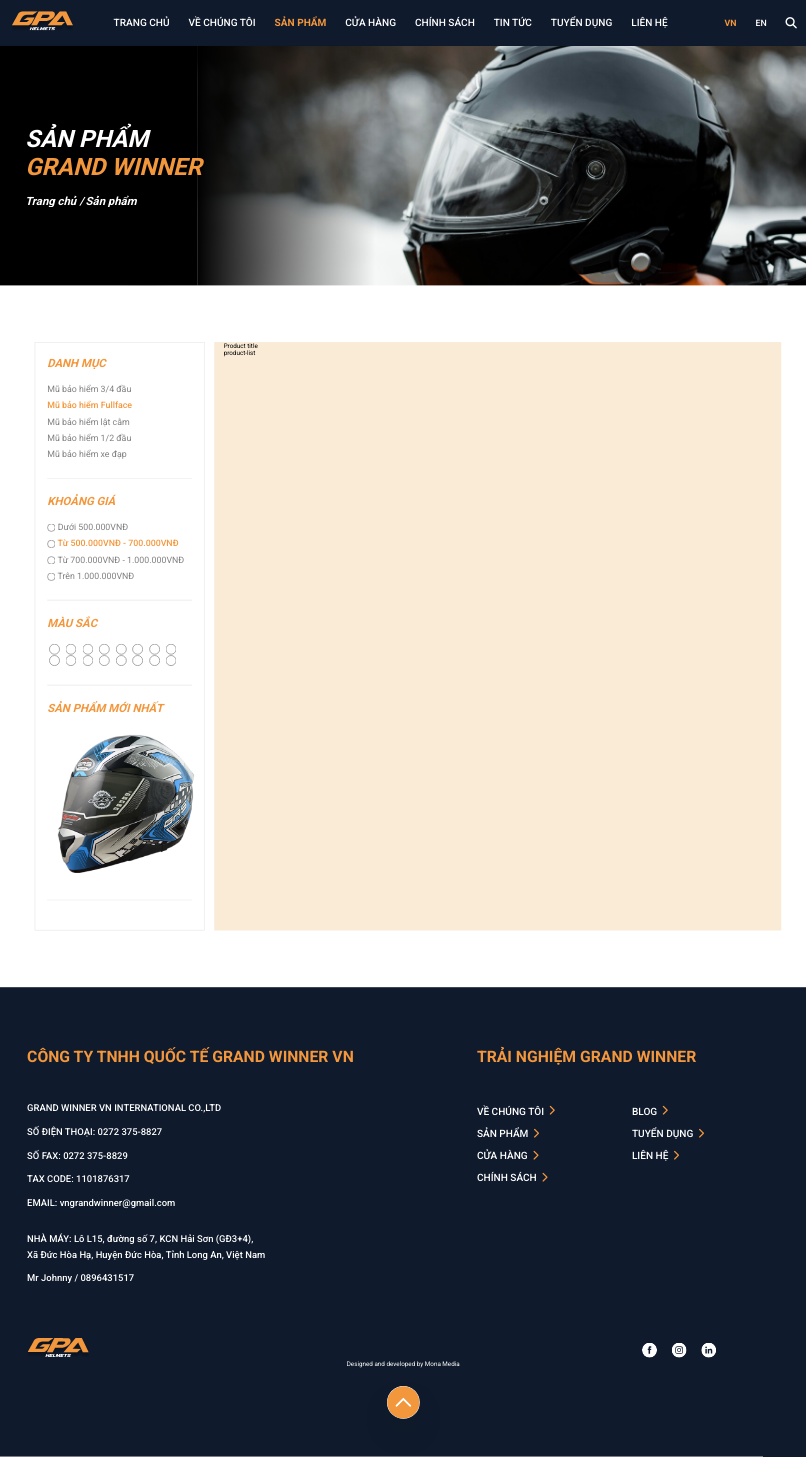
Repository: ThangNguyenT5/GrandWinner
Page: products.html
An editor plug-in stored every save of this project. The page is shown before and after the next save, followed by the edit.
The browser window is 1280 px wide. The pictures show the whole page, at 63% of full size.
Pictures or frames that could not be fetched are drawn as grey boxes. Some web libraries are served in a nearby version.

Above is the page before, as saved 2023-03-28 12:03:33.

After the next save:
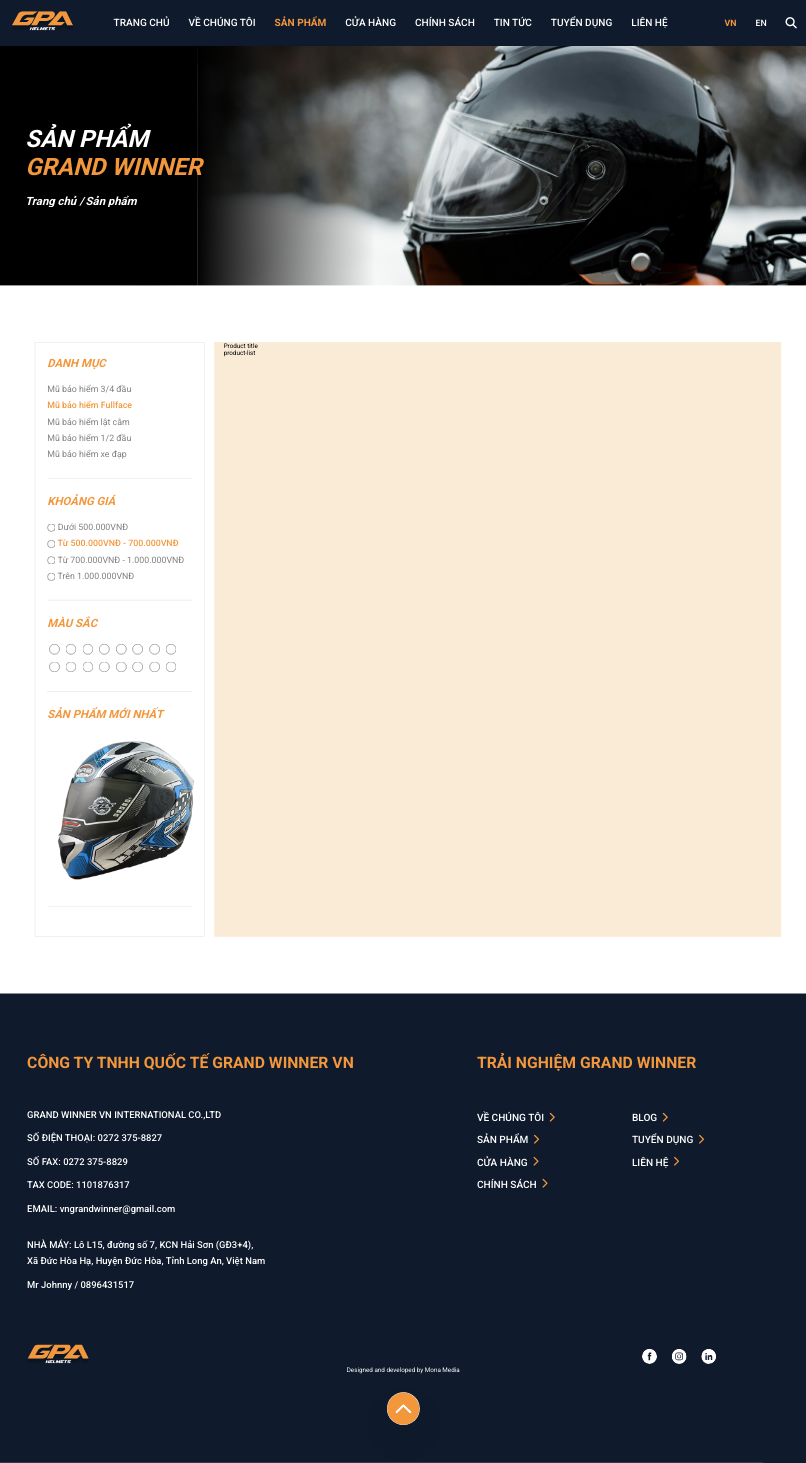
Saved 4 min 18 s later.
--- a/products.html
+++ b/products.html
@@ -191,7 +191,7 @@
                             <div class="aside-item">
                                 <h3 class="aside-item-tt">MÀU SẮC</h3>
                                 <ul class="aside-cate-list">
-                                    <li class="aside-cate-item cate-color">
+                                    <li class="aside-cate-item">
                                         <label class="aside-cate-colors" for="color-1">
                                             <input type="radio" name="radio-color" value="color-1" >
                                             <input type="radio" name="radio-color" value="color-1" >
@@ -202,8 +202,9 @@
                                             <input type="radio" name="radio-color" value="color-1" >
                                             <input type="radio" name="radio-color" value="color-1" >
                                         </label>
-
-                                        <label class="aside-cate-colors" for="color-2">
+                                    </li>
+                                    <li class="aside-cate-item">
+                                        <label class="aside-cate-colors" for="color-1">
                                             <input type="radio" name="radio-color" value="color-1" >
                                             <input type="radio" name="radio-color" value="color-1" >
                                             <input type="radio" name="radio-color" value="color-1" >
